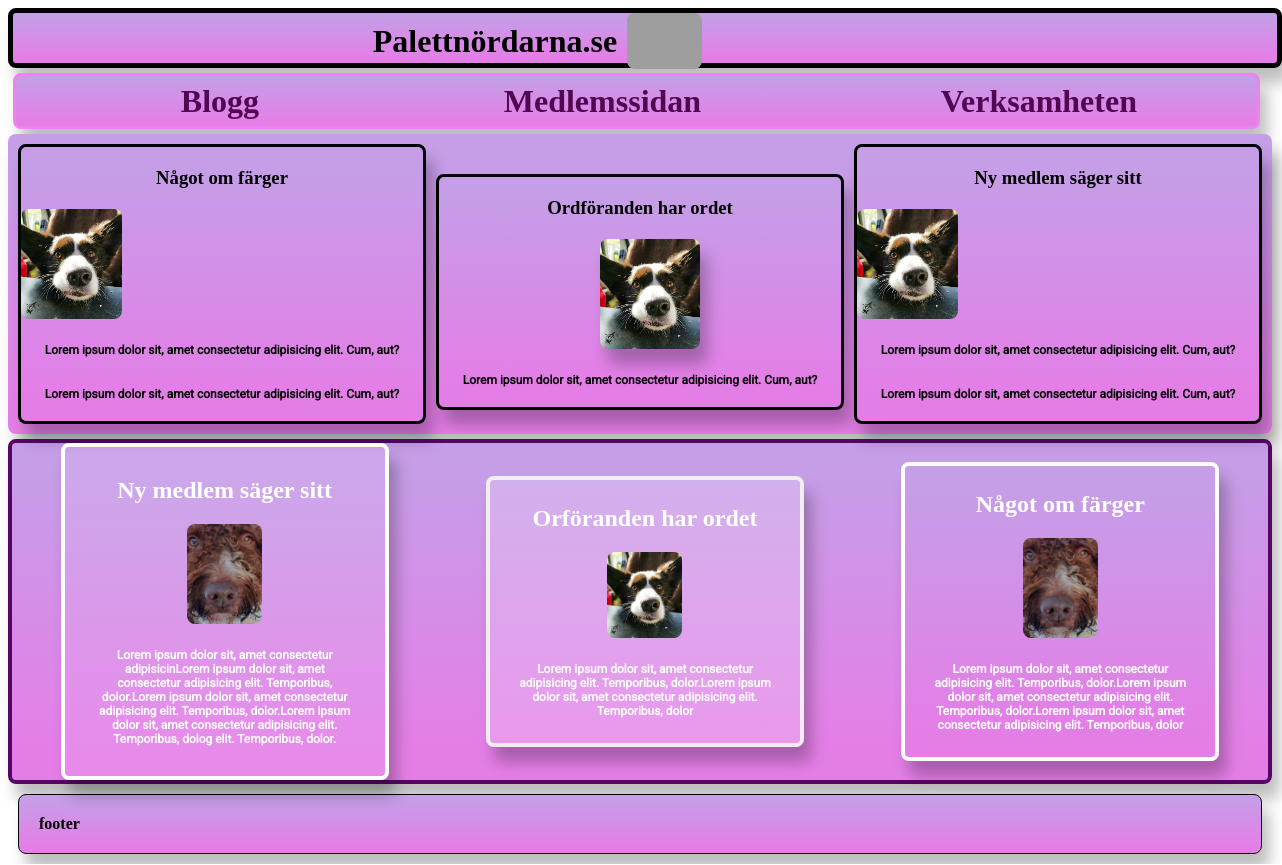
Repository: Webutveckling-20-21/lektion-3-CSS
Page: index.html
An editor plug-in stored every save of this project. The page is shown before and after the next save, followed by the edit.
The browser window is 1280 px wide. The page is 1282 px wide, so the pictures cover 1282 px, including what lies to the right of the window. The pictures show the whole page.
Pictures or frames that could not be fetched are drawn as grey boxes. Some web fonts or font styles are not loaded; a fallback is used.

Above is the page before, as saved 2021-10-03 12:23:55.

### index.html
<!DOCTYPE html>
<html lang="en">

<head>
    <meta charset="UTF-8">
    <meta http-equiv="X-UA-Compatible" content="IE=edge">
    <meta name="viewport" content="width=device-width, initial-scale=1.0">
    <link rel="stylesheet" href="style.css">
    <title>lektion 3</title>
</head>

<body>
    <div class="header">

       <h1>Palettnördarna.se</h1>
       <div class="logo">
        <img src="images/logga.png" alt="logga">
       </div>

    </div>

    <ul class="navbar">

            <li class="nav-list"> <a href="index.html">Blogg</a></li>
            <li><a href="#">Medlemssidan</a></li>
            <li><a href="#">Verksamheten</a></li>

        </ul>

    <div class="main-center">

        <div class="article1">
            <h3>Ordföranden har ordet</h3>
            <img src="images/ord.jpg" class="thumbnail" height="110" width="110" alt="Bild på ordföranden">
            <p>Lorem ipsum dolor sit, amet consectetur adipisicing elit. Cum, aut?</p>
        </div>
        <div class="article2">
            <h3>Något om färger</h3>
            <img src="images/ord.jpg" class="thumbnail" height="110" width="110" alt="Bild på ordföranden">
            <p>Lorem ipsum dolor sit, amet consectetur adipisicing elit. Cum, aut?</p>
            <p>Lorem ipsum dolor sit, amet consectetur adipisicing elit. Cum, aut?</p>
        </div>
        <div class="article3">
            <h3>Ny medlem säger sitt</h3>
            <img src="images/ord.jpg" class="thumbnail" height="110" width="110" alt="Bild på ordföranden">
            <p>Lorem ipsum dolor sit, amet consectetur adipisicing elit. Cum, aut?</p>
            <p>Lorem ipsum dolor sit, amet consectetur adipisicing elit. Cum, aut?</p>
        </div>
    </div>
    <div class="box">
        <div class="blue">
            <h2>Orföranden har ordet</h2>
            <!-- <p>Lorem ipsum dolor sit amet consectetur adipisicing elit. Praesentium, laboriosam.Lorem ipsum dolor sit, amet consectetur adipisicing elit. Temporibus, dolor </p> -->
            <div class="images">
                <!-- <h2>Bilder</h2> -->
                <img src="images/ord.jpg" alt="bild">
                <p>Lorem ipsum dolor sit, amet consectetur adipisicing elit. Temporibus, dolor.Lorem ipsum dolor sit, amet consectetur adipisicing elit. Temporibus, dolor</p>
            </div>
        </div>
        <div class="green">
            <h2>Något om färger</h2>
            <!-- <p>Lorem ipsum dolor sit amet consectetur adipisicing elit. Praesentium, laboriosam. </p> -->
            <div class="images">
                <!-- <h2>Bilder</h2> -->
                <img src="images/olle.jpg" alt="bild">
                <p>Lorem ipsum dolor sit, amet consectetur adipisicing elit. Temporibus, dolor.Lorem ipsum dolor sit, amet consectetur adipisicing elit. Temporibus, dolor.Lorem ipsum dolor sit, amet consectetur adipisicing elit. Temporibus, dolor</p>
            </div>
        </div>
        <div class="red">
            <h2>Ny medlem säger sitt</h2>
            <!-- <div><p>Lorem ipsum dolor sit amet consectetur adipisicing elit. Praesentium, laboriosam.</p> -->
                <div class="images">
                <!---<h2>Bilder</h2>------>
                    <img src="images/olle.jpg" alt="bild">
                    <p>Lorem ipsum dolor sit, amet consectetur adipisicinLorem ipsum dolor sit, amet consectetur adipisicing elit. Temporibus, dolor.Lorem ipsum dolor sit, amet consectetur adipisicing elit. Temporibus, dolor.Lorem ipsum dolor sit, amet consectetur adipisicing elit. Temporibus, dolog elit. Temporibus, dolor.</p>
                </div>
            </div>
        </div>
    </div>
</body>
<div class="footer-place"> footer</div>





</html>

### style.css
@import url('https://fonts.googleapis.com/css2?family=Grechen+Fuemen&display=swap');
@import url('https://fonts.googleapis.com/css2?family=Roboto&display=swap');
body {
    font-family: 'Grechen Fuemen', cursive;
    font-weight: bolder;
}

.header {
    display: flex;
    width: 100%;
    height: 50px;
    border: 5px solid black;
    background: linear-gradient(to bottom, #c69de7 10%, #e47ee7 90%);
    box-shadow: 7.6px 15.2px 15.2px hsl(0deg 0% 0% / 0.26);
    border-radius: 8px;
    justify-content: center;
}

.header h1 {
    margin: 10px;
}

.navbar {
    width: 95%;
    height: 50px;
    display: flex;
    align-items: center;
    justify-content: space-around;
    background-color: #eed9f8;
    margin: 5px;
    border-radius: 8px;
}

ul {

    list-style-type: none;
    display: flex;
    margin-left: 5;
    margin-right: 5;
    padding: 10;
    width: 90%;
    overflow: hidden;
    border: 3px solid violet;
    background: linear-gradient(to bottom, #c69de7 10%, #e47ee7 90%);
    box-shadow: 7.6px 15.2px 15.2px hsl(0deg 0% 0% / 0.26);
}

.nav-list {
    margin: 5px;

}

a {
    text-decoration: none;
    font-size: 2rem;
    color: rgb(82, 6, 82);

}

a:hover {
    color: rgb(128, 96, 218);
}
/*
.thumbnail::before {
    opacity: .7;

 }

 .thumbnail::after {
     opacity:1;

 }*/

.thumbnail:hover {
    position: relative;
    top: -20px;
    left: -30px;
    width: 500px;
    height: auto;
    display: block;
    z-index: 999;
}

/* <img src="[your hosted image URL]" class="thumbnail" height="100" width="100" />  */



.box {
    background: linear-gradient(to bottom, #c69de7 10%, #e47ee7 90%);
    /* height:200px; */
    display: flex;
    max-width: 100%;
    align-items: center;
    justify-content: center;
    border: 4px solid rgb(86, 5, 102);
    border-radius: 8px;
    flex-wrap: wrap;
    justify-content: center;
    /* opacity: 0.5; */
    box-shadow: 7.6px 15.2px 15.2px hsl(0deg 0% 0% / 0.26);
}

.blue {

    /* background: linear-gradient(to bottom, #c69de7 10%, #e47ee7 90%);*/
    max-width: 300px;
    background-color: rgba(255, 255, 255, 0.2);
    margin: auto;
    flex:1;
    order:2;
    border: 4px solid rgb(241, 238, 238);
    color: white;
    text-align: center;
    border-radius: 8px;
    justify-content: center;
    padding: 5px;
    box-shadow: 7.6px 15.2px 15.2px hsl(0deg 0% 0% / 0.26);


}

.green {

    background: linear-gradient(to bottom, #c69de7 10%, #e47ee7 90%);
    max-width: 300px;
    flex:1;
    order:3;

    margin: auto;
    border: 4px solid white;
    color: white;
    text-align: center;
    border-radius: 8px;
    justify-content: center;
    padding: 5px;
    box-shadow: 7.6px 15.2px 15.2px hsl(0deg 0% 0% / 0.26);


}

.red {

    /*background: linear-gradient(to bottom, #c69de7 10%, #e47ee7 90%);*/
    max-width: 300px;
    margin: auto;
    flex:1;
    order:1;

    color: white;
    text-align: center;
    border: 4px solid white;
    background: rgba(255, 255, 255, 0.1);
    border-radius: 8px;
    justify-content: center;
    padding: 10px;
    box-shadow: 7.6px 15.2px 15.2px hsl(0deg 0% 0% / 0.26);

}


img {
    width: 25%;
    border-radius: 8px;
    max-width: 300px;
    margin: auto;
}

h2 {
    justify-content: center;
    font-weight: 700;
}

.main-center h3 {
    justify-content: center;
}


.main-center {
    display: flex;
    flex-direction: row;
    flex-wrap: wrap;

    /* border: 1px solid black; */
    border-radius: 8px;
    align-items: center;
    justify-content: center;
    background: linear-gradient(to bottom, #c69de7 10%, #e47ee7 90%);

    box-shadow: 7.6px 15.2px 15.2px hsl(0deg 0% 0% / 0.26);
    margin-bottom: 5px;
}

.article1 {
    margin-top: 15px;
    border: 3px solid black;
    border-radius: 8px;
    flex:1;
    order:2;
    justify-content: center;
    align-items: center;
    background: linear-gradient(to bottom, #c69de7 10%, #e47ee7 90%);
    box-shadow: 7.6px 15.2px 15.2px hsl(0deg 0% 0% / 0.26);

}

.article1 img {
    border-radius: 8px;
    margin-left: 40%;
    margin-right: -50%;
    box-shadow: 7.6px 15.2px 15.2px hsl(0deg 0% 0% / 0.26);

}

.article2 {
    margin: 10px;
    border: 3px solid black;
    flex:1;
    order:1;
    justify-content: center;
    align-items: center;
    border-radius: 8px;

    box-shadow: 7.6px 15.2px 15.2px hsl(0deg 0% 0% / 0.26);
    background: linear-gradient(to bottom, #c69de7 10%, #e47ee7 90%);

}

.article3 {
    margin: 10px;
    border: 3px solid black;
    justify-content: center;
    flex:1;
    order:3;
    align-items: center;
    border-radius: 8px;
    background: linear-gradient(to bottom, #c69de7 10%, #e47ee7 90%);
    box-shadow: 7.6px 15.2px 15.2px hsl(0deg 0% 0% / 0.26);
}

h3 {
    margin: auto;
}

p {
    font-size: 0.75rem;
    text-align: center;
    margin: 10px;
    padding: 10px;
    font-family: 'Roboto', sans-serif;


}

h3 {
    padding: 20px;
    text-align: center;
}

.footer-place {
    padding: 20px;
    margin: 10px;
    border: 1px solid black;
    background: linear-gradient(to bottom, #c69de7 10%, #e47ee7 90%);
    box-shadow: 7.6px 15.2px 15.2px hsl(0deg 0% 0% / 0.26);
    border-radius: 8px;
}

After the next save:
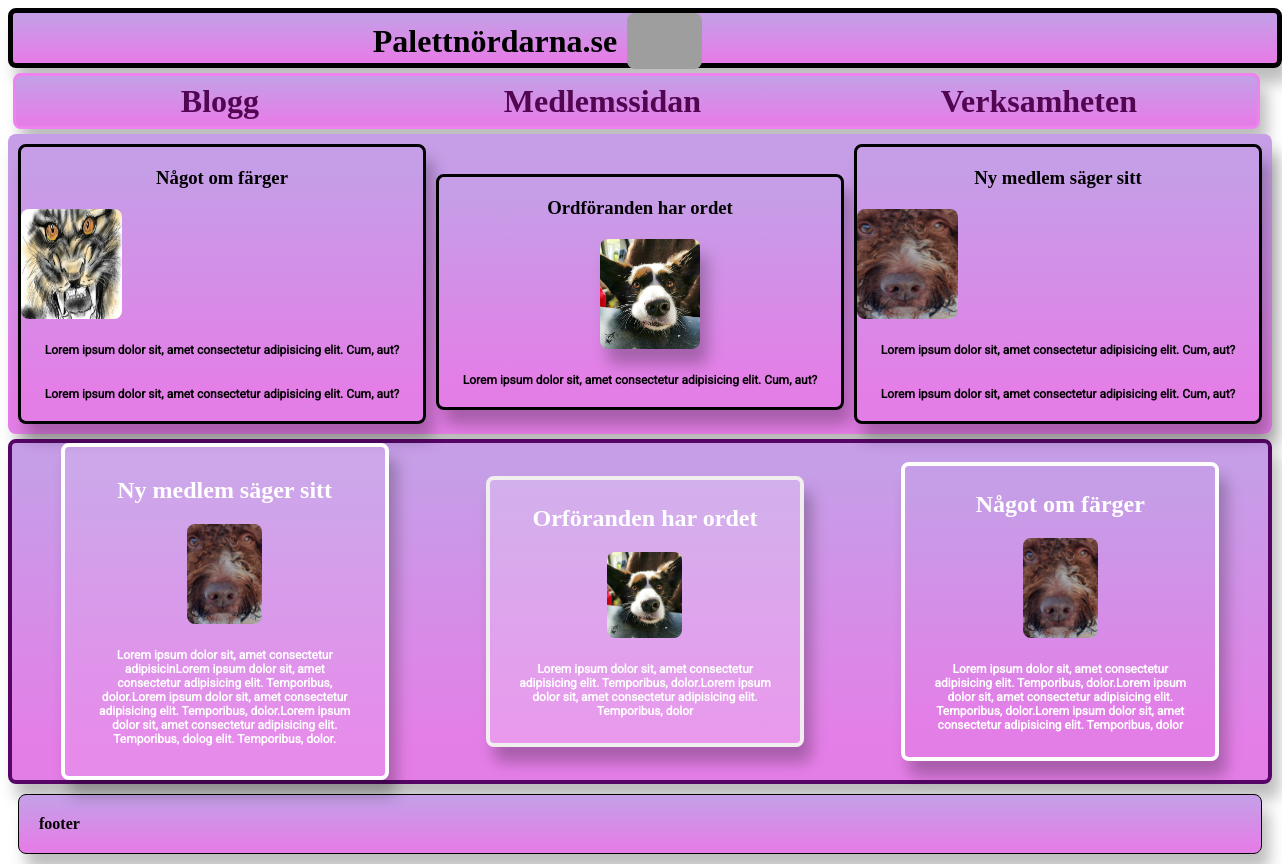
Saved 50 s later.
--- a/index.html
+++ b/index.html
@@ -36,13 +36,13 @@
         </div>
         <div class="article2">
             <h3>Något om färger</h3>
-            <img src="images/ord.jpg" class="thumbnail" height="110" width="110" alt="Bild på ordföranden">
+            <img src="images/stina.jpeg" class="thumbnail" height="110" width="110" alt="Bild på ordföranden">
             <p>Lorem ipsum dolor sit, amet consectetur adipisicing elit. Cum, aut?</p>
             <p>Lorem ipsum dolor sit, amet consectetur adipisicing elit. Cum, aut?</p>
         </div>
         <div class="article3">
             <h3>Ny medlem säger sitt</h3>
-            <img src="images/ord.jpg" class="thumbnail" height="110" width="110" alt="Bild på ordföranden">
+            <img src="images/olle1.jpg" class="thumbnail" height="110" width="110" alt="Bild på ordföranden">
             <p>Lorem ipsum dolor sit, amet consectetur adipisicing elit. Cum, aut?</p>
             <p>Lorem ipsum dolor sit, amet consectetur adipisicing elit. Cum, aut?</p>
         </div>
